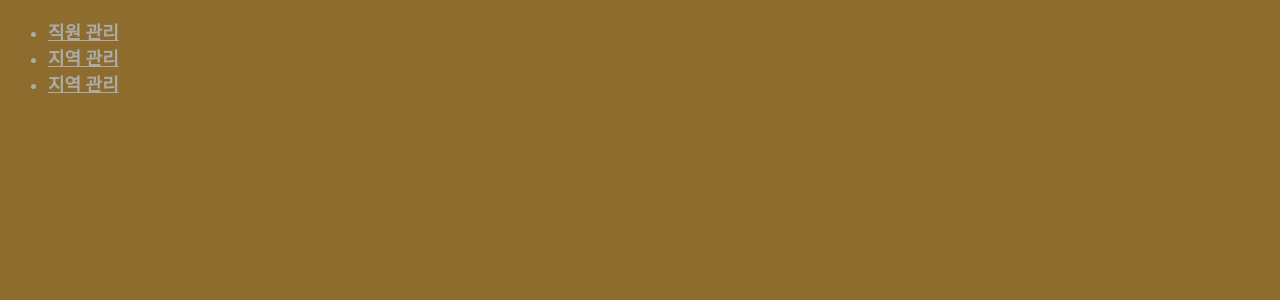
Repository: Umkimisstrong/UM_SpringMVCStudy
Page: http://localhost/mvc04/EmployeeMenu.jsp
These files come from the project's save history. The page is drawn as it stood at one moment and after the next save; the edit follows.
The browser window is 1280 px wide. The pictures show the whole page.
The page is served by Tomcat 9.

Above is the page before, as saved 2022-05-27 01:05:18.

After the next save:
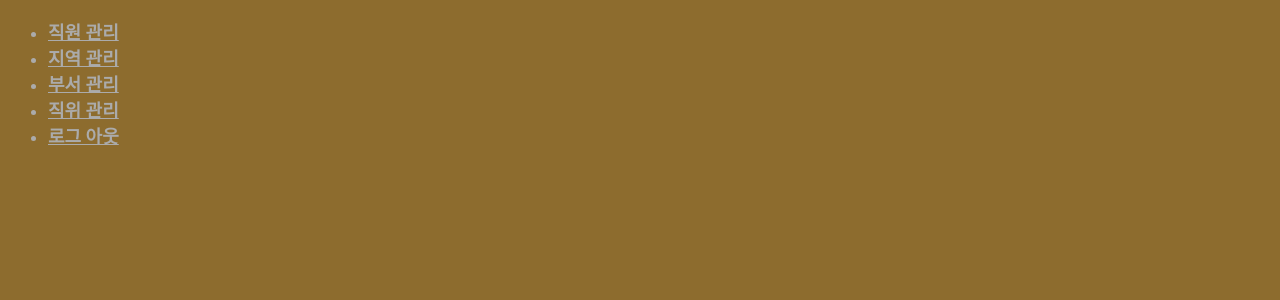
Saved 33 s later.
--- a/mvc04/WebContent/EmployeeMenu.jsp
+++ b/mvc04/WebContent/EmployeeMenu.jsp
@@ -23,11 +23,21 @@
 		<li>
 			<a href="" class="menu">직원 관리</a>
 		</li>
+
 		<li>
 			<a href="" class="menu">지역 관리</a>
 		</li>
+
 		<li>
-			<a href="" class="menu">지역 관리</a>
+			<a href="" class="menu">부서 관리</a>
+		</li>
+
+		<li>
+			<a href="" class="menu">직위 관리</a>
+		</li>
+
+		<li>
+			<a href="" class="menu">로그 아웃</a>
 		</li>
 	</ul>
 </div>
